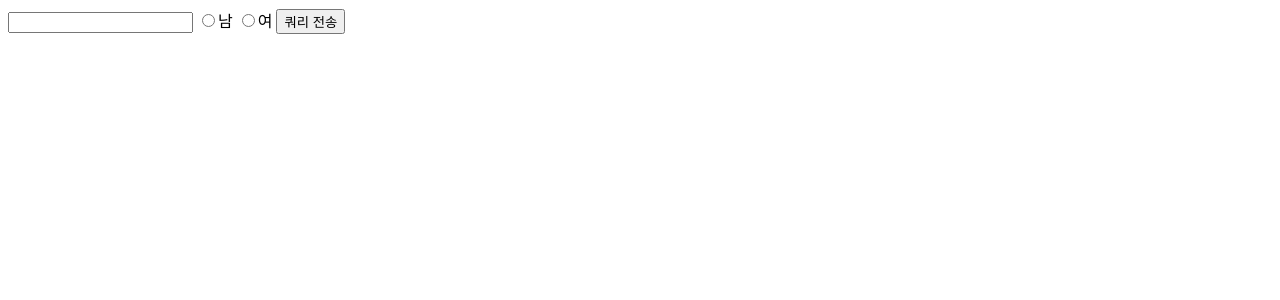
Repository: hangilyon/allJSPStudy
Page: http://localhost/jsp01/quiz02/quiz.jsp
An editor plug-in stored every save of this project. The page is shown before and after the next save, followed by the edit.
The browser window is 1280 px wide. The pictures show the whole page.
The page is served by Tomcat 9.

Above is the page before, as saved 2021-10-19 11:02:20.

After the next save:
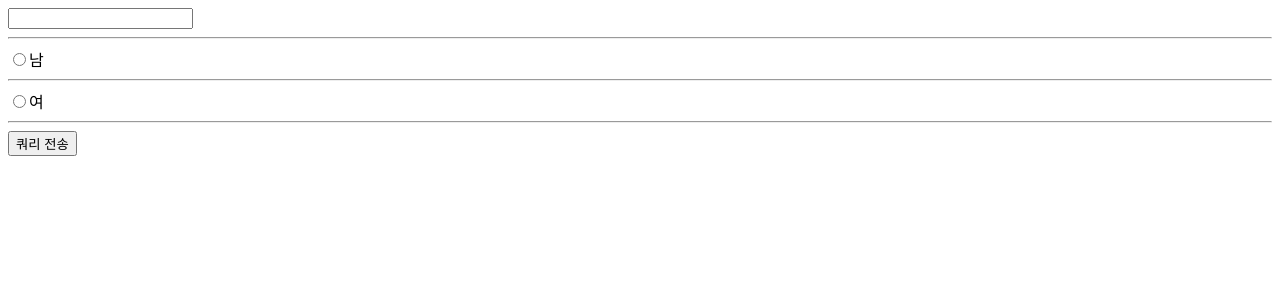
Saved 93 s later.
--- a/jsp01/src/main/webapp/quiz02/quiz.jsp
+++ b/jsp01/src/main/webapp/quiz02/quiz.jsp
@@ -8,7 +8,8 @@
 </head>
 <body>
 	<input type="text" name="number">
-	<input type="radio">남 <input type="radio">여
-	<input type="submit" value="쿼리 전송">
+	<hr><input type="radio" name="gender" value="man">남
+	<hr><input type="radio" name="gender" value="female">여
+	<hr><input type="submit" value="쿼리 전송">
 </body>
 </html>
